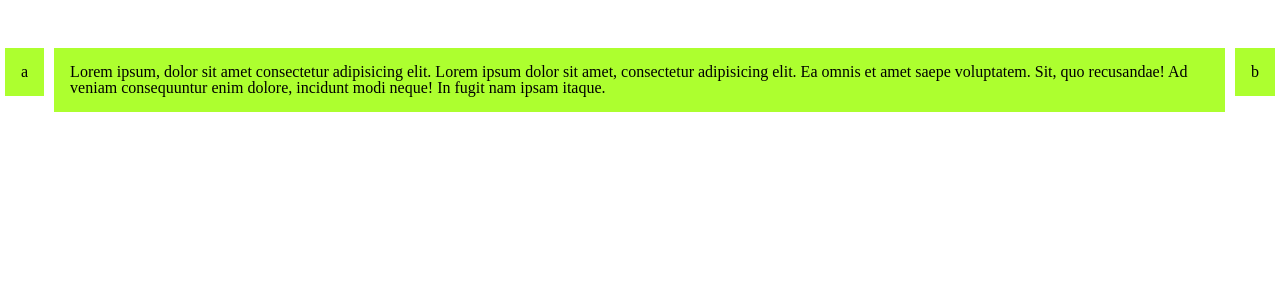
Repository: Giangattt123/HTML-CSS
Page: CSS/Flexbox/index.html
An editor plug-in stored every save of this project. The page is shown before and after the next save, followed by the edit.
The browser window is 1280 px wide. The pictures show the whole page.

Above is the page before, as saved 2023-04-26 11:00:33.

### CSS/Flexbox/index.html
<!DOCTYPE html>
<html lang="en">
  <head>
    <meta charset="UTF-8" />
    <meta http-equiv="X-UA-Compatible" content="IE=edge" />
    <meta name="viewport" content="width=device-width, initial-scale=1.0" />
    <title>Flexbox</title>
    <link rel="stylesheet" href="style.css" />
    <link rel="stylesheet" href="reset.css" />
  </head>
  <body>
    <ul class="list">
      <li class="list-item">a</li>
      <li class="list-item">
        Lorem ipsum, dolor sit amet consectetur adipisicing elit. Lorem ipsum
        dolor sit amet, consectetur adipisicing elit. Ea omnis et amet saepe
        voluptatem. Sit, quo recusandae! Ad veniam consequuntur enim dolore,
        incidunt modi neque! In fugit nam ipsam itaque.
      </li>
      <li class="list-item">b</li>
    </ul>
  </body>
</html>

### CSS/Flexbox/style.css
*,
*:before *:after {
  box-sizing: border-box;
}
html {
  font-size: 62.5%;
}
body {
  font-family: "Poppins", sans-serif;
  font-size: 1.6rem;
  font-weight: normal;
}
img {
  display: block;
  max-width: 100%;
}
input,
textarea,
select,
button {
  outline: none;
}
input {
  line-height: normal;
}
label,
button {
  cursor: pointer;
}
a {
  text-decoration: none;
}
.list {
  display: flex;
  /* flex-direction: row-reverse; */
  align-items: flex-start;
  margin-top: 3rem;
}
.list-item {
  padding: 1rem;
  background-color: greenyellow;
  margin: 0 5px;
}

Loaded but not shown: CSS/Flexbox/reset.css (common file)

After the next save:
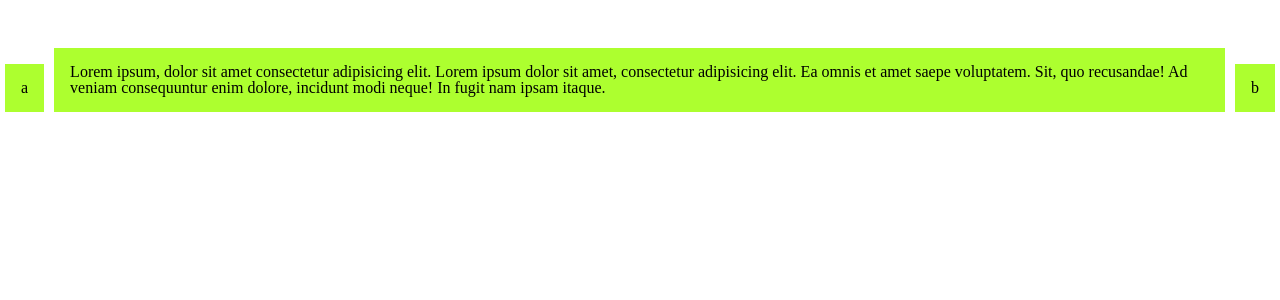
Saved 28 s later.
--- a/CSS/Flexbox/style.css
+++ b/CSS/Flexbox/style.css
@@ -33,7 +33,7 @@ a {
 .list {
   display: flex;
   /* flex-direction: row-reverse; */
-  align-items: flex-start;
+  align-items: flex-end;
   margin-top: 3rem;
 }
 .list-item {
